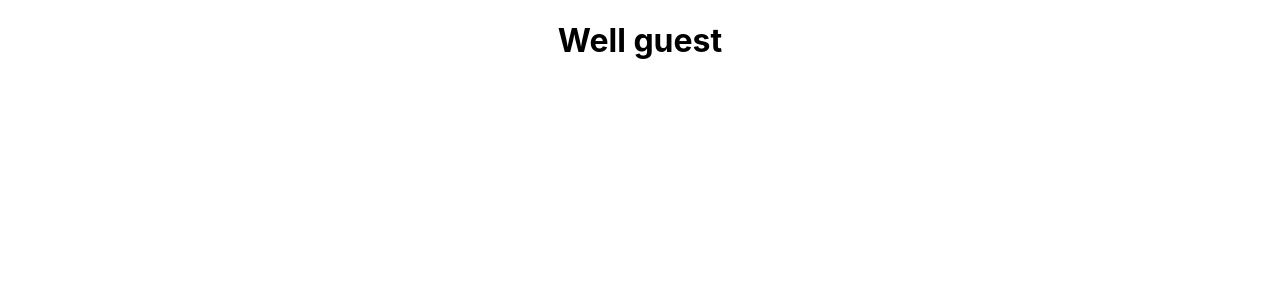
Repository: ShahbazGurmani/react-practice
Page: /
The author's editor kept a copy of each file at every save. The page is drawn from the files as they stood at one save, then again after the next save.
The browser window is 1280 px wide. The pictures show the whole page.
The project was rebuilt for these pictures with package versions that can differ from the ones it lists, and the page was loaded fresh each time. Also part of the build but not shown: src/User.js, src/Student.js, src/Records.js.

Above is the page before, as saved 2023-08-23 02:58:45.

After the next save:
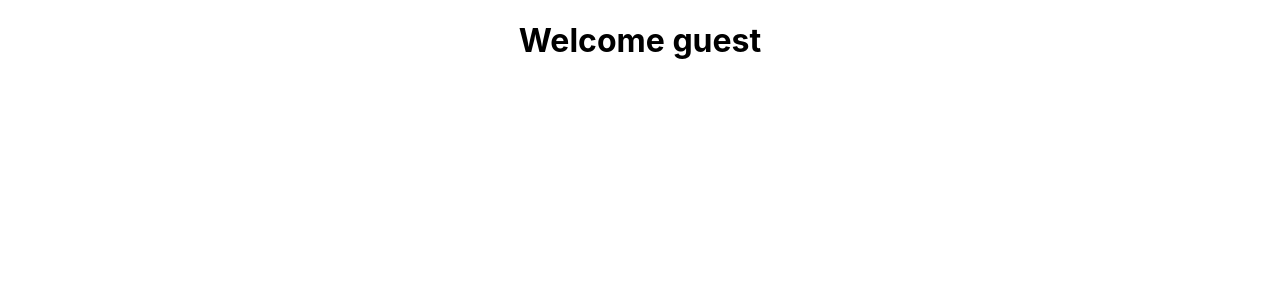
Saved 2 min 51 s later.
--- a/src/Profile.js
+++ b/src/Profile.js
@@ -5,21 +5,10 @@ function Profile()
 {
     const [login,setLogin] = useState(false);
 
-    if(login)
-    {
-        return(
-                <div>
-                    <h1>Well shahbaz</h1>
-                </div>
-            )
-    }
-    else
-    {
-        return(
-            <div>
-                <h1>Well guest</h1>
-            </div>
-        )
-    }
+    return(
+        <div>
+             {login?<h1>Welcome shahbaz</h1>:<h1>Welcome guest</h1>}
+        </div>
+    )
 }
 export default Profile;
